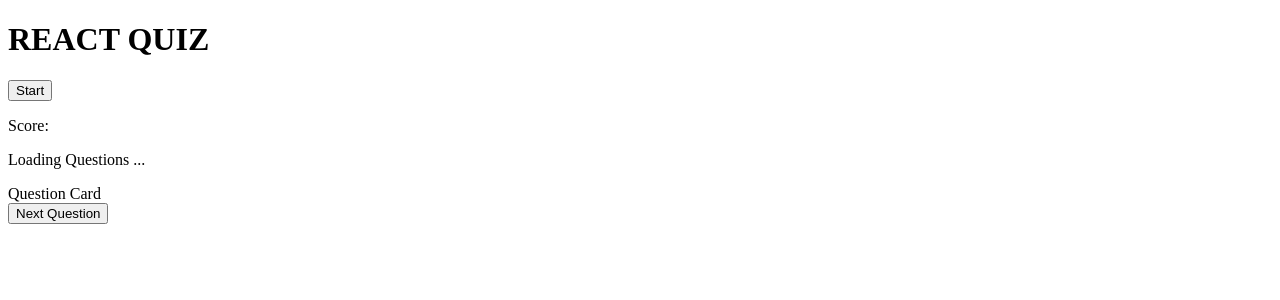
Repository: akinsikuoluwafemi/questions-typescript
Page: /
The author's editor kept a copy of each file at every save. The page is drawn from the files as they stood at one save, then again after a run of saves.
The browser window is 1280 px wide. The pictures show the whole page.
The project was rebuilt for these pictures with package versions that can differ from the ones it lists, and the page was loaded fresh each time.

Above is the page before, as saved 2021-03-10 16:22:46.

### public/index.html
<!DOCTYPE html>
<html lang="en">
  <head>
    <meta charset="utf-8" />
    <link rel="icon" href="%PUBLIC_URL%/favicon.ico" />
    <meta name="viewport" content="width=device-width, initial-scale=1" />
    <meta name="theme-color" content="#000000" />
    <meta
      name="description"
      content="Web site created using create-react-app"
    />
    <link rel="preconnect" href="https://fonts.gstatic.com" />
    <link
    href="https://fonts.googleapis.com/css2?family=Catamaran:wght@700&family=Lato&display=swap"
    rel="stylesheet"
  />

    <link rel="apple-touch-icon" href="%PUBLIC_URL%/logo192.png" />
    <!--
      manifest.json provides metadata used when your web app is installed on a
      user's mobile device or desktop. See https://developers.google.com/web/fundamentals/web-app-manifest/
    -->
    <link rel="manifest" href="%PUBLIC_URL%/manifest.json" />
    <!--
      Notice the use of %PUBLIC_URL% in the tags above.
      It will be replaced with the URL of the `public` folder during the build.
      Only files inside the `public` folder can be referenced from the HTML.

      Unlike "/favicon.ico" or "favicon.ico", "%PUBLIC_URL%/favicon.ico" will
      work correctly both with client-side routing and a non-root public URL.
      Learn how to configure a non-root public URL by running `npm run build`.
    -->
    <title>React App</title>
  </head>
  <body>
    <noscript>You need to enable JavaScript to run this app.</noscript>
    <div id="root"></div>
    <!--
      This HTML file is a template.
      If you open it directly in the browser, you will see an empty page.

      You can add webfonts, meta tags, or analytics to this file.
      The build step will place the bundled scripts into the <body> tag.

      To begin the development, run `npm start` or `yarn start`.
      To create a production bundle, use `npm run build` or `yarn build`.
    -->
  </body>
</html>

### src/App.tsx
import React from 'react';
import QuestionCard from './components/QuestionCard';



const App =  () =>  {

    const startTrivia = async () => {

    }

    const checkAnswer = (e: React.MouseEvent<HTMLButtonElement>) => {


    }

    const nextQuestion = () => {

    }

    return (
        <div className="App">
            <h1>REACT QUIZ</h1>
            <button className="start" onClick={startTrivia}>
                Start
            </button>
            <p className="score">Score:</p>
            <p>Loading Questions ...</p>
            <QuestionCard />
            <button className="next" onClick={nextQuestion}>
                Next Question
            </button>
        </div>
    )
}


export default App;

### src/components/QuestionCard.tsx
import React, {FC} from 'react';


type Props = {
    question: string;
    answer: string[];
    callback: any;
    userAnswer: string;
    questionNr: number;
    totalQuestions: number;
}

const QuestionCard: FC<Props> = ({question, answer, callback, userAnswer, questionNr, totalQuestions}) => (

    <div>Question Card</div>
)


export default QuestionCard;

Loaded but not shown: src/index.tsx (common file)

After the next 3 saves:
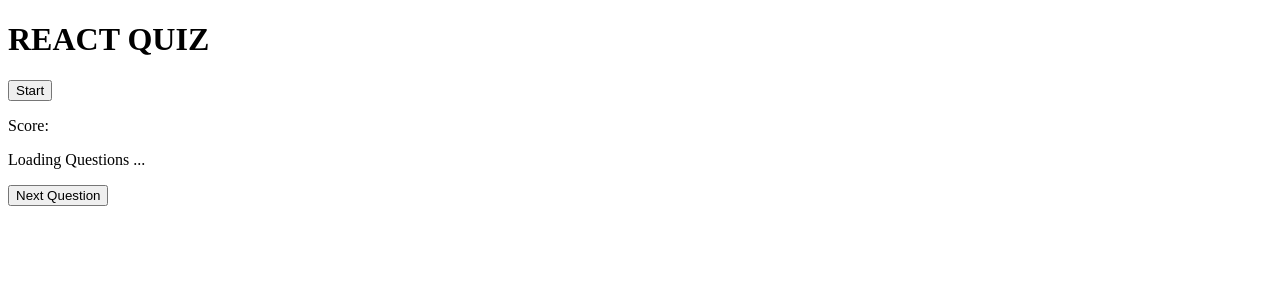
The 3 saves are shown as one change because they came seconds apart.
The last was saved 47 s later.
--- a/src/components/QuestionCard.tsx
+++ b/src/components/QuestionCard.tsx
@@ -12,7 +12,9 @@
 
 const QuestionCard: FC<Props> = ({question, answer, callback, userAnswer, questionNr, totalQuestions}) => (
 
-    <div>Question Card</div>
+    <div>
+        <p></p>
+    </div>
 )
 
 
